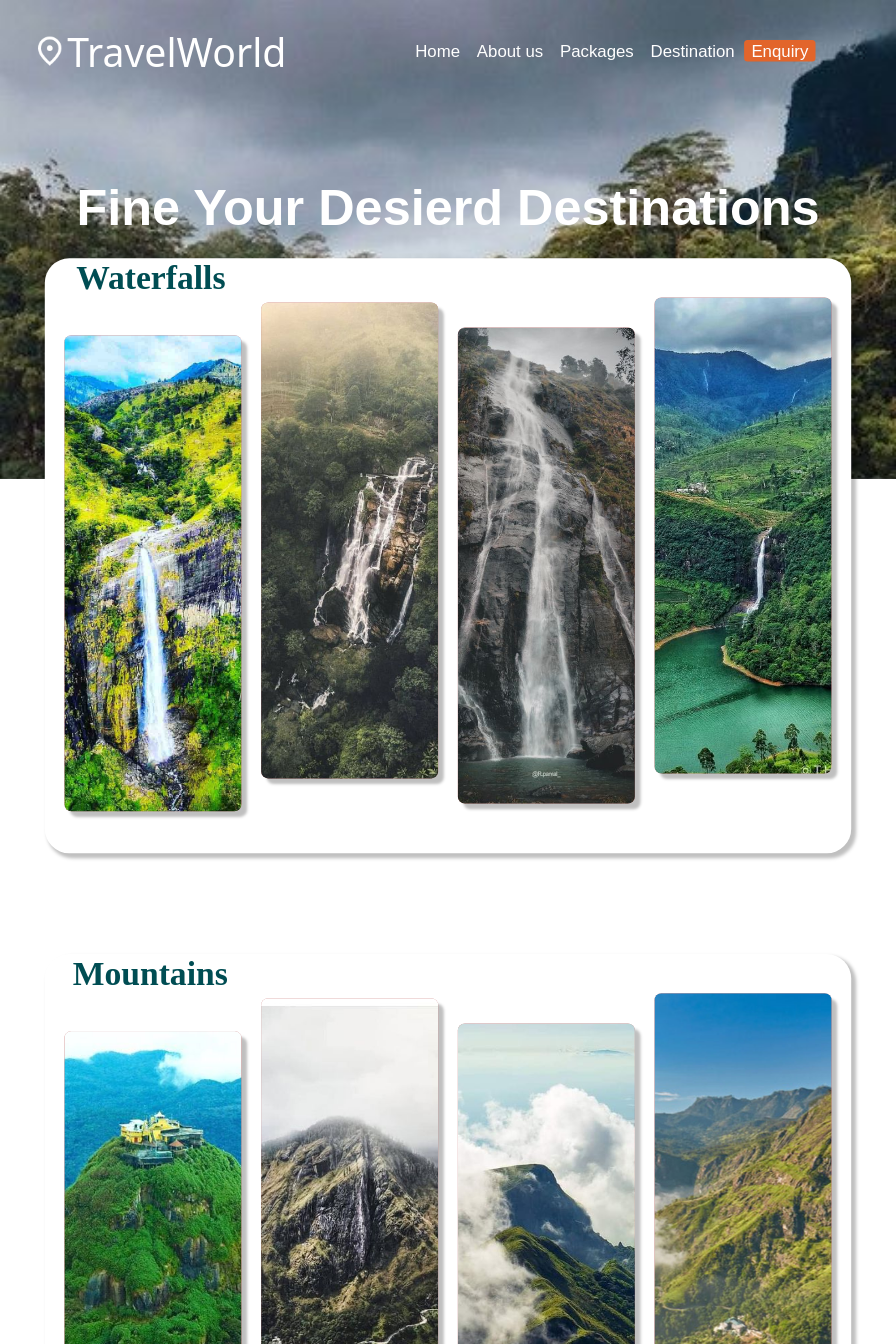
Repository: Haakim19/TavelWorld
Page: HTML/Destination.html
An editor plug-in stored every save of this project. The page is shown before and after the next save, followed by the edit.
The browser window is 1280 px wide. The pictures show the part of the page from y = 0 to 1920 px (the page is 4409 px tall), at 70% of full size.
Some web fonts or font styles are not loaded; a fallback is used.

Above is the page before, as saved 2024-11-03 08:44:21.

After the next save:
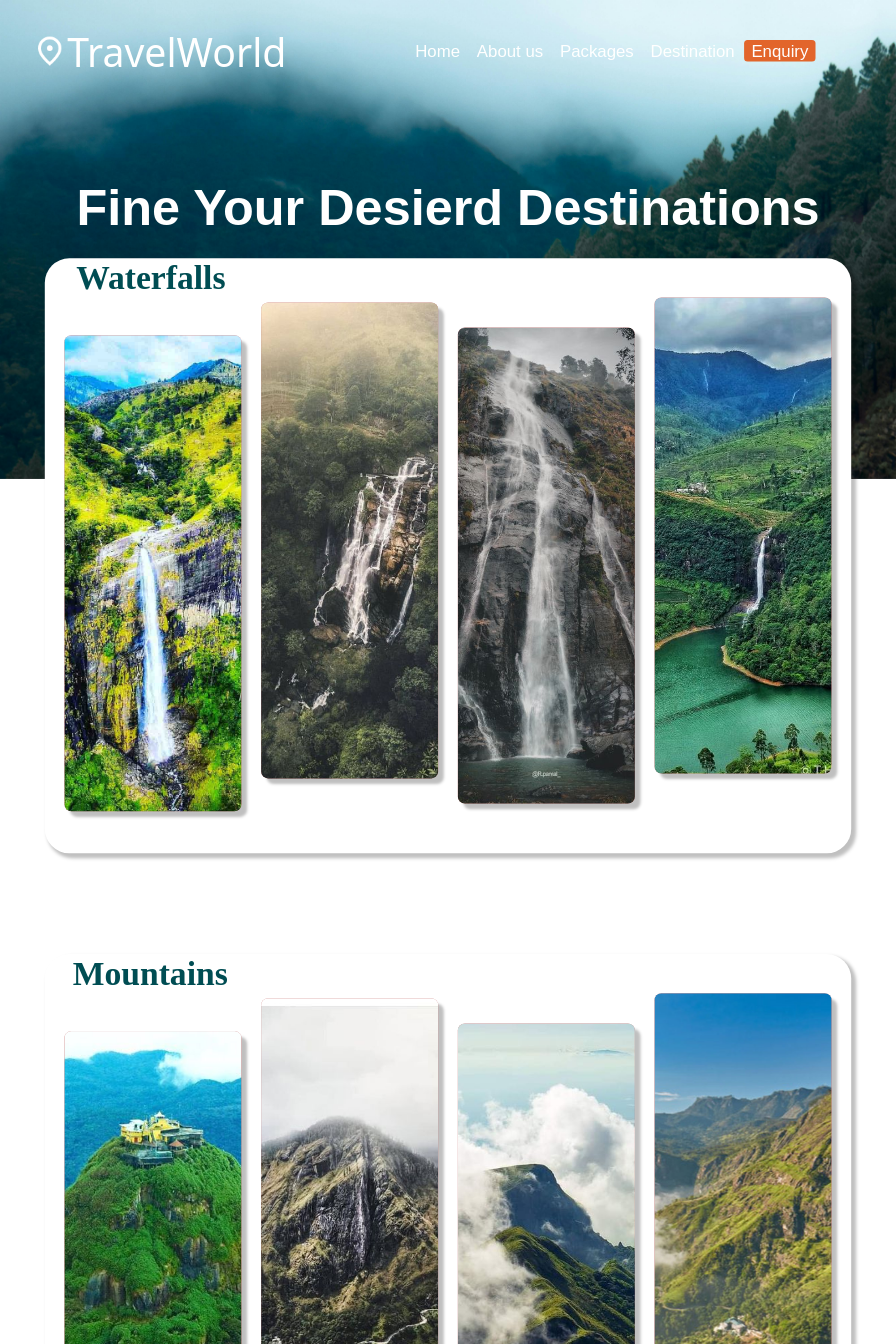
Saved 3 min 30 s later.
--- a/HTML/Destination.html
+++ b/HTML/Destination.html
@@ -37,7 +37,7 @@
 			</section>
 			<img
 				class="hero-img"
-				src="../Assets/Images/WaterFall/Laxapana.jpg"
+				src="../Assets/Images/WaterFall/01.jpeg"
 				alt=""
 			/>
 			<!-- WaterFalls -->
